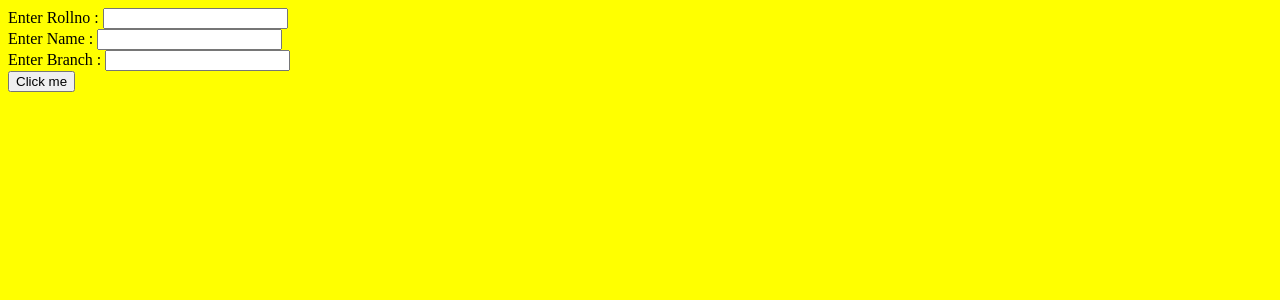
Repository: chinthaginjalabhuvan/Java
Page: MyFirstWeb/src/main/webapp/Studentdetails.html
The author's editor kept a copy of each file at every save. The page is drawn from the files as they stood at one save, then again after the next save.
The browser window is 1280 px wide. The pictures show the whole page.

Above is the page before, as saved 2025-06-03 07:07:12.

After the next save:
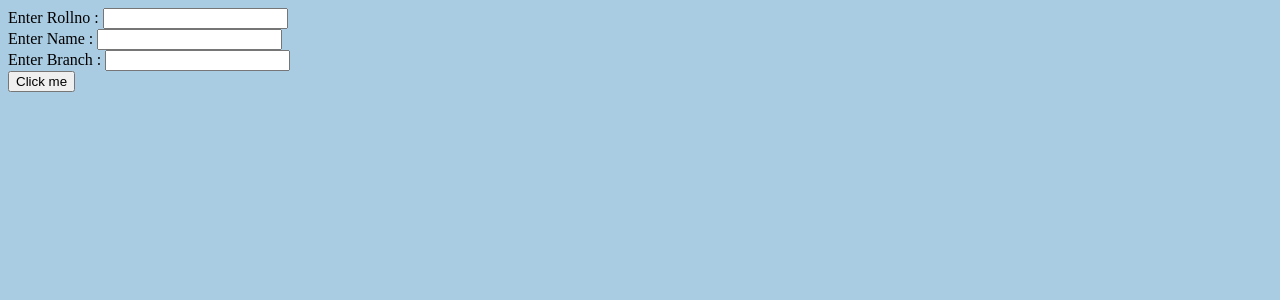
Saved 14 s later.
--- a/MyFirstWeb/src/main/webapp/Studentdetails.html
+++ b/MyFirstWeb/src/main/webapp/Studentdetails.html
@@ -1,6 +1,6 @@
 <html>
 
-<body bgcolor="yellow">
+<body bgcolor="#a9cce3 ">
 
 <form action="Studentdetails.jsp">
 
